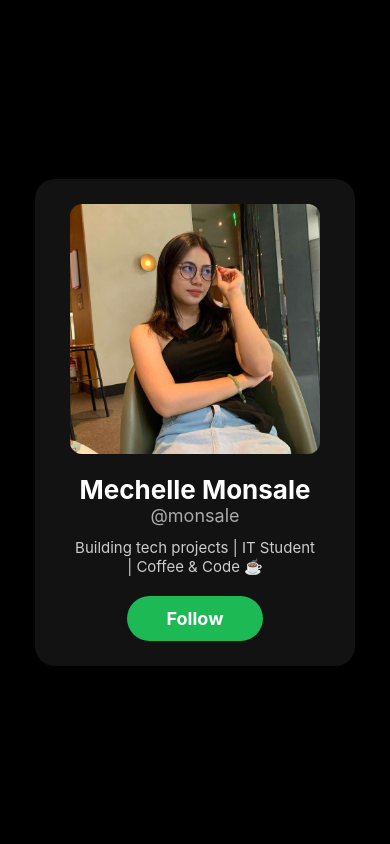
Repository: chelloraine/ProfileCard
Screen: /
These files come from the project's save history. The screen is drawn as it stood at one moment and after a run of saves; the edit follows.
The app was drawn by React Native's web renderer in a window 390 px wide. The project was rebuilt for these pictures with package versions that can differ from the ones it lists, and the page was loaded fresh each time.

Above is the screen before, as saved 2025-08-31 23:18:30.

### App.tsx
import React from "react";
import { SafeAreaView, StyleSheet } from "react-native";
import ProfileCard from "./profileCard";

export default function App() {
  return (
    <SafeAreaView style={styles.container}>
      <ProfileCard />
    </SafeAreaView>
  );
}

const styles = StyleSheet.create({
  container: {
    flex: 1,
    backgroundColor: "#000", // dark Spotify vibe
    justifyContent: "center", // center vertically
    alignItems: "center",     // center horizontally
  },
});

### profileCard.js
import React from "react";
import { View, Text, StyleSheet, Image, TouchableOpacity } from "react-native";

export default function ProfileCard() {
  return (
    <View style={styles.card}>
      {/* Square profile image (like Spotify album cover) */}
      <Image
        source={require("./assets/profile.jpg")} // Replace with your image path
        style={styles.squareImage}
      />

      {/* Profile Info */}
      <View style={styles.info}>
        <Text style={styles.name}>Mechelle Monsale</Text>
        <Text style={styles.username}>@monsale</Text>
        <Text style={styles.bio}>
          Building tech projects | IT Student | Coffee & Code ☕
        </Text>
      </View>

      {/* Follow Button */}
      <TouchableOpacity style={styles.followButton}>
        <Text style={styles.followText}>Follow</Text>
      </TouchableOpacity>
    </View>
  );
}

const styles = StyleSheet.create({
  card: {
    backgroundColor: "#121212", // dark Spotify theme
    borderRadius: 20,
    padding: 25,
    alignItems: "center",
    shadowColor: "#000",
    shadowOpacity: 0.5,
    shadowRadius: 12,
    shadowOffset: { width: 0, height: 6 },
    width: 320,
  },
  squareImage: {
    width: 250,
    height: 250,
    borderRadius: 12,
    marginBottom: 20,
  },
  info: {
    alignItems: "center",
    marginBottom: 20,
  },
  name: {
    fontSize: 26,
    fontWeight: "bold",
    color: "#fff",
  },
  username: {
    fontSize: 18,
    color: "#aaa",
    marginBottom: 12,
  },
  bio: {
    fontSize: 15,
    color: "#ccc",
    textAlign: "center",
    paddingHorizontal: 15,
  },
  followButton: {
    backgroundColor: "#1DB954", // Spotify green
    paddingVertical: 12,
    paddingHorizontal: 40,
    borderRadius: 25,
  },
  followText: {
    color: "#fff",
    fontSize: 18,
    fontWeight: "bold",
  },
});

After the next 2 saves:
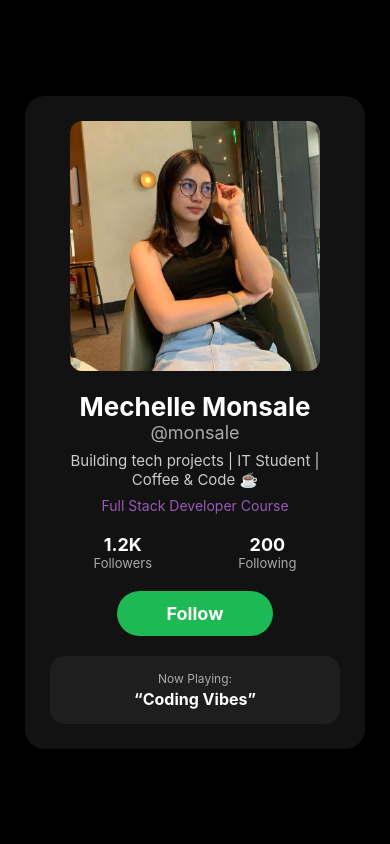
The 2 saves are shown as one change because 1 did not build or start.
The last was saved 5 min 42 s later.
--- a/profileCard.js
+++ b/profileCard.js
@@ -1,12 +1,16 @@
-import React from "react";
+import React, { useState } from "react";
 import { View, Text, StyleSheet, Image, TouchableOpacity } from "react-native";
 
 export default function ProfileCard() {
+  const [following, setFollowing] = useState(false);
+
+  const toggleFollow = () => setFollowing(!following);
+
   return (
     <View style={styles.card}>
-      {/* Square profile image (like Spotify album cover) */}
+      {/* Square profile image */}
       <Image
-        source={require("./assets/profile.jpg")} // Replace with your image path
+        source={require("./assets/profile.jpg")} // Change to your image path
         style={styles.squareImage}
       />
 
@@ -17,19 +21,43 @@ export default function ProfileCard() {
         <Text style={styles.bio}>
           Building tech projects | IT Student | Coffee & Code ☕
         </Text>
+        <Text style={styles.course}>Full Stack Developer Course</Text>
+      </View>
+
+      {/* Followers / Following */}
+      <View style={styles.stats}>
+        <View style={styles.stat}>
+          <Text style={styles.statNumber}>1.2K</Text>
+          <Text style={styles.statLabel}>Followers</Text>
+        </View>
+        <View style={styles.stat}>
+          <Text style={styles.statNumber}>200</Text>
+          <Text style={styles.statLabel}>Following</Text>
+        </View>
       </View>
 
       {/* Follow Button */}
-      <TouchableOpacity style={styles.followButton}>
-        <Text style={styles.followText}>Follow</Text>
+      <TouchableOpacity
+        style={[styles.followButton, following && styles.followingButton]}
+        onPress={toggleFollow}
+      >
+        <Text style={styles.followText}>
+          {following ? "Following" : "Follow"}
+        </Text>
       </TouchableOpacity>
+
+      {/* Music Player Placeholder */}
+      <View style={styles.musicPlayer}>
+        <Text style={styles.songTitle}>Now Playing:</Text>
+        <Text style={styles.songName}>“Coding Vibes”</Text>
+      </View>
     </View>
   );
 }
 
 const styles = StyleSheet.create({
   card: {
-    backgroundColor: "#121212", // dark Spotify theme
+    backgroundColor: "#121212",
     borderRadius: 20,
     padding: 25,
     alignItems: "center",
@@ -37,7 +65,7 @@ const styles = StyleSheet.create({
     shadowOpacity: 0.5,
     shadowRadius: 12,
     shadowOffset: { width: 0, height: 6 },
-    width: 320,
+    width: 340,
   },
   squareImage: {
     width: 250,
@@ -57,23 +85,69 @@ const styles = StyleSheet.create({
   username: {
     fontSize: 18,
     color: "#aaa",
-    marginBottom: 12,
+    marginBottom: 8,
   },
   bio: {
     fontSize: 15,
     color: "#ccc",
     textAlign: "center",
     paddingHorizontal: 15,
+    marginBottom: 6,
+  },
+  course: {
+    fontSize: 14,
+    color: "#9b59b6",
+    textAlign: "center",
+    marginTop: 2,
+  },
+  stats: {
+    flexDirection: "row",
+    justifyContent: "space-between",
+    width: "70%",
+    marginBottom: 20,
+  },
+  stat: {
+    alignItems: "center",
+  },
+  statNumber: {
+    fontSize: 18,
+    fontWeight: "bold",
+    color: "#fff",
+  },
+  statLabel: {
+    fontSize: 13,
+    color: "#aaa",
   },
   followButton: {
-    backgroundColor: "#1DB954", // Spotify green
+    backgroundColor: "#1DB954",
     paddingVertical: 12,
-    paddingHorizontal: 40,
+    paddingHorizontal: 50,
     borderRadius: 25,
+    marginBottom: 20,
+  },
+  followingButton: {
+    backgroundColor: "#555",
   },
   followText: {
     color: "#fff",
     fontSize: 18,
     fontWeight: "bold",
   },
+  musicPlayer: {
+    backgroundColor: "#1e1e1e",
+    padding: 15,
+    borderRadius: 15,
+    width: "100%",
+    alignItems: "center",
+  },
+  songTitle: {
+    color: "#aaa",
+    fontSize: 12,
+    marginBottom: 3,
+  },
+  songName: {
+    color: "#fff",
+    fontSize: 16,
+    fontWeight: "bold",
+  },
 });
